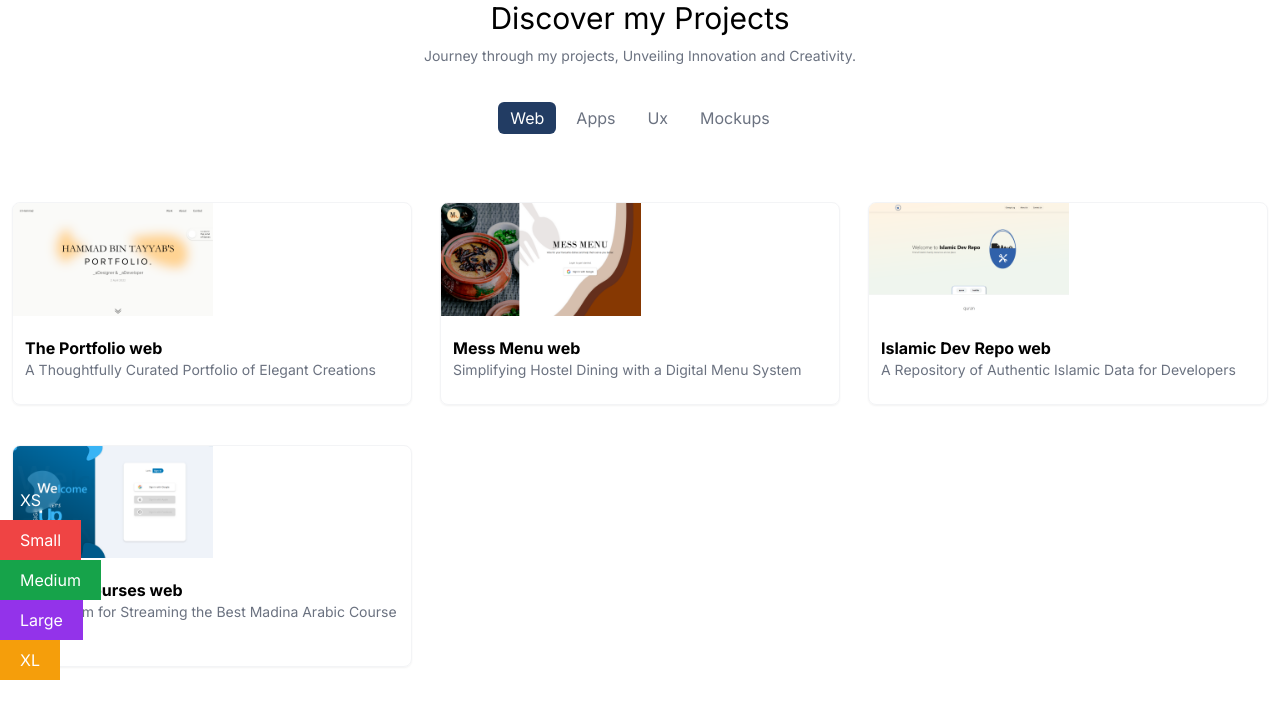
Repository: SpicierEwe/my_portfolio_v2
Page: /
The author's editor kept a copy of each file at every save. The page is drawn from the files as they stood at one save, then again after the next save.
The browser window is 1280 px wide. The pictures show the whole page.
The project was rebuilt for these pictures with package versions that can differ from the ones it lists, and the page was loaded fresh each time. The framework's server and built-in components were replaced by stand-ins that run in the browser. Also part of the build but not shown: next.config.js, core/utils/customIcons.js, core/utils/utils.tsx, core/db/sub_db_data/ux_db.js.

Above is the page before, as saved 2024-04-22 12:04:06.

### app/page.tsx
import DevicePreview from "@/Components/Device_preview/device_preview";
import HeroSection from "@/Components/Hero_section/hero_section";
import WorkSection from "@/Components/Work_section/work_section";
import Image from "next/image";

export default function Home() {
  return (
    <main>
      <div className="absolute z-30 overflow-hidden bottom-0 ">
        <DevicePreview />
      </div>
      {/* <div className="overflow-hidden">
        <HeroSection />
      </div> */}

      <WorkSection />
    </main>
  );
}

### app/globals.css
@layer base {

  @font-face {
    font-family: 'Garamond';
    src: url('../public/fonts/EBGaramond-VariableFont_wght.ttf');

  }

  @font-face {
    font-family: 'Proxima Nova';
    src: url('../public/fonts/MarkSimonsonProximaNovaRegular.otf');
    font-weight: normal;
    font-style: normal;
  }


  @font-face {
    font-family: "Rage";
    src: url("../public/fonts/rage.ttf");
  }
}

@tailwind base;
@tailwind components;
@tailwind utilities;

:root {
  --foreground-rgb: 0, 0, 0;
  --background-start-rgb: 214, 219, 220;
  --background-end-rgb: 255, 255, 255;

}

@media (prefers-color-scheme: dark) {
  :root {
    --foreground-rgb: 255, 255, 255;
    --background-start-rgb: 0, 0, 0;
    --background-end-rgb: 0, 0, 0;
  }
}

body {

  /* background: #F5F5F5; */
}

### Components/Device_preview/device_preview.tsx
"use client";

import { use, useEffect, useState } from "react";

export default function DevicePreview() {
  return (
    <main className="flex flex-col justify-end ">
      {/* xs */}
      <div className=" text-right ">
        <p className="xs:bg-brand-color w-min text-white px-5 py-2">XS</p>
      </div>
      {/* sm */}
      <div className=" text-right ">
        <p className="sm:bg-red-500 w-min text-white px-5 py-2">Small</p>
      </div>
      {/* md */}
      <div className=" text-right ">
        <p className="md:bg-green-600 w-min px-5 py-2 text-white">Medium</p>
      </div>
      {/* lg */}
      <div className=" text-right ">
        <p className="lg:bg-purple-600 w-min px-5 py-2 text-white">Large</p>
      </div>
      {/* xl */}
      <div className=" text-right ">
        <p className="xl:bg-amber-500 w-min px-5 py-2 text-white">XL</p>
      </div>
      {/* 2xl */}
      <div className=" text-right ">
        <p className="2xl:bg-cyan-600 w-min px-5 py-2 text-white">2XL</p>
      </div>
    </main>
  );
}

### Components/Work_section/work_section.tsx
"use client";

import { db } from "../../core/db/db";
import Image from "next/image";
import Link from "next/link";
import { useState } from "react";

export default function WorkSection() {
  const navItems: string[] = Object.keys(db.portfolioItems);
  const [selectedNavItemIndex, setSelectedNavItemIndex] = useState<number>(0);
  return (
    <section className="">
      {/* header */}
      <header className="flex flex-col items-center pt-7">
        <h2 className="text-center text-2xl md:text-3xl">
          Discover my Projects
        </h2>
        <p className="text-center text-sm mt-2.5 text-gray-500">
          Journey through my projects, Unveiling Innovation and Creativity.
        </p>
      </header>
      {/* nav */}
      <nav>
        <ul className="flex justify-center mt-9 gap-2 flex-wrap">
          {navItems.map((item, index) => {
            const isSelected: Boolean = selectedNavItemIndex == index;
            return (
              <li
                className={`${
                  isSelected ? "bg-brand-color" : ""
                } px-3 py-1 rounded-md cursor-pointer`}
                onClick={() => setSelectedNavItemIndex(index)}
                key={index}
              >
                <Link
                  href="#"
                  className={`${
                    isSelected ? "text-white" : "text-gray-500"
                  } capitalize`}
                >
                  {item}
                </Link>
              </li>
            );
          })}
        </ul>
      </nav>

      <main>
        {/* projects */}
        <div className="grid grid-cols-1 sm:grid-cols-2 lg:grid-cols-3 gap-7 mt-14 px-3 py-3 sm:px-14 md:px-24">
          {(db.portfolioItems as any)[navItems[selectedNavItemIndex]].map(
            (item: any, index: number) => {
              const selectedNavItemName: string =
                navItems[selectedNavItemIndex];
              const projectName: string = item["projectName"];
              const imageLink: string = item["imageLink"];
              const tagLine = item["projectTagLine"];
              return (
                <div
                  key={index}
                  className="cursor-pointer shadow-sm rounded-lg overflow-hidden mb-3 border border-gray-100 hover:bg-gray-100 hover:border-gray-300
                  transition transform duration-300 ease-in-out"
                >
                  <Image
                    className="w-72 h-auto" // Group-based scaling
                    src={imageLink}
                    alt={projectName}
                    height={200}
                    width={200}
                  />
                  <div className="ml-3 mb-6 mt-5">
                    <p className="font-bold">
                      {projectName} {selectedNavItemName}
                    </p>
                    <p className="text-gray-500 text-sm">{tagLine}</p>
                  </div>
                </div>
              );
            }
          )}
        </div>
      </main>
    </section>
  );
}

### core/db/db.js
import { websitesDb } from "./sub_db_data/websites_db";
import { appsDb } from "./sub_db_data/apps_db";
import { uxDb } from "./sub_db_data/ux_db";
import { mockupsDb } from "./sub_db_data/mockups_db";

export const db = {
  portfolioItems: {
    web: websitesDb,
    apps: appsDb,
    ux: uxDb,
    mockups: mockupsDb,
  },
};

### core/db/sub_db_data/websites_db.js
import { embedCustomLinks } from "../../utils/utils";

export const websitesDb = [
  {
    projectName: "The Portfolio",
    projectId: "e2f9658b-f9bb-4d2c-ac8c-113a56d9204f",
    projectTagLine: "A Thoughtfully Curated Portfolio of Elegant Creations",
    link: "https://hammadtayyab.vercel.app/",
    imageLink: "/images/websites/my_portfolio.png",
    info: "This portfolio project showcases a minimalist design, highlighting my work and skills with clarity and finesse. The aim was to provide a seamless user experience and intuitive navigation, creating a comprehensive and sophisticated display of my professional journey.",
    roles: [
      "Data Analyst",
      "Designer",
      "Developer",
      "Maintainer",
      "Product Manager",
      "Tester/Quality Assurance",
      "Researcher",
      "DevOps Engineer",
      "Technical Writer",
      "Project Manager",
    ],
    techStack: [
      "NextJs",
      "React",
      "TypeScript",
      "TailwindCSS",
      "HTML",
      "CSS",
      "JavaScript",
      "Git",
      "Vercel",
    ],
  },
  {
    projectId: "566ec8d6-4d5d-4f22-9580-2c574f7122fb",
    projectName: "Mess Menu",
    projectTagLine: "Simplifying Hostel Dining with a Digital Menu System",
    link: "https://messmenu.vercel.app/",
    imageLink: "/images/websites/mess_menu.png",
    info: "This project streamlines the process of hostel dining by offering a digital menu system for students. Monthly menus are curated through community voting, allowing students to have a say in their dining options. Originating from a friend's final year project, the focus was on user-centric design and functionality, ensuring a seamless experience for all users.",
    roles: [
      "Data Analyst",
      "Designer",
      "Developer",
      "Maintainer",
      "Product Manager",
      "Tester/Quality Assurance",
      "Researcher",
      "DevOps Engineer",
      "Technical Writer",
      "Project Manager",
    ],
    techStack: [
      "NextJs",
      "React",
      "HTML",
      "CSS",
      "JavaScript",
      "Git",
      "Vercel",
      "Firebase",
      "Firebase Auth",
    ],
  },
  {
    projectId: "e3a52953-0a4d-43c3-b874-bd55925f6a7e",
    projectName: "Islamic Dev Repo",
    projectTagLine: "A Repository of Authentic Islamic Data for Developers",
    link: "https://islamic-dev-repo.vercel.app/",
    imageLink: "/images/websites/islamic_dev_repo.png",
    info: "This project offers developers a curated repository of reliable Islamic data that can be seamlessly integrated into various applications. With a focus on authenticity and compatibility across multiple devices, this repository provides a trustworthy source of information for developers working on Islamic-related projects.",
    roles: [
      "Data Analyst",
      "Designer",
      "Developer",
      "Maintainer",
      "Product Manager",
      "Tester/Quality Assurance",
      "Researcher",
      "DevOps Engineer",
      "Technical Writer",
      "Project Manager",
    ],
    techStack: [
      "NextJs",
      "React",
      "HTML",
      "CSS",
      "JavaScript",
      "Git",
      "Vercel",
      "Python",
    ],
  },
  {
    projectId: "87693335-b9d6-434c-8428-5d8266482050",
    projectName: "Arabic Courses",
    projectTagLine:
      "A Platform for Streaming the Best Madina Arabic Course Online",
    link: "https://arabiccourses.vercel.app/",
    imageLink: "/images/websites/arabic_courses.png",
    info: `The goal of this project was to establish an online platform for the popular Madina Arabic course, allowing users to stream videos from the cloud and track their progress. Initially, the videos were only available for download, but this platform offers a more convenient streaming experience. You can learn more about the course at ${embedCustomLinks(
      {
        link: "https://abdurrahman.org/arabic-learning/dvds/",
        title: "AbdurRahman.Org",
      }
    )}. Arabic Courses enhances accessibility and convenience for users, making the learning process smoother and more enjoyable.`,
    roles: [
      "Data Analyst",
      "Designer",
      "Developer",
      "Maintainer",
      "Product Manager",
      "Tester/Quality Assurance",
      "Researcher",
      "DevOps Engineer",
      "Technical Writer",
      "Project Manager",
    ],
    techStack: [
      "NextJs",
      "React",
      "HTML",
      "CSS",
      "JavaScript",
      "Git",
      "Vercel",
      "Firebase",
      "Firebase Auth",
    ],
  },
];

### core/db/sub_db_data/apps_db.js
import { embedCustomLinks } from "../../utils/utils";

export const appsDb = [
  {
    projectId: "38384ae3-5586-40be-b025-c9c3ad1094ef",
    projectName: "al Qur'an",
    projectTagLine: "All about the Qur'an in one app.",

    link: "https://play.google.com/store/apps/details?id=com.spicierewe.al_quran",

    imageLink: "/images/apps/al_quran.png",

    info: `The "al Qur'an" app offers a comprehensive experience of the Qur'an for users around the world. It includes a wide range of translations in various languages, tafseer (exegesis), access to over 49 reciters and translators, and much more. All data is sourced from the reliable platform ${embedCustomLinks(
      { link: "https://quran.com", title: "quran.com" }
    )}.`,

    roles: [
      "Data Analyst",
      "Designer",
      "Developer",
      "Maintainer",
      "Product Manager",
      "Tester/Quality Assurance",
      "Researcher",
      "DevOps Engineer",
      "Technical Writer",
      "Project Manager",
    ],

    techStack: ["Flutter", "Dart", "Git", "Adobe XD"],

    platforms: ["Android"],
  },
  {
    projectId: "1eeb435f-acbd-41e8-b826-440959bb6a57",
    projectName: "Riddle Me",
    projectTagLine: "Riddle Me: Unraveling Minds, One Clue at a Time!",

    link: "https://play.google.com/store/apps/details?id=com.spicierewe.RiddleMe",

    imageLink: "/images/apps/riddle_me.png",

    info: "Riddle Me is an engaging and challenging game designed to test your intelligence and problem-solving skills. This game stimulates creative thinking and encourages you to approach problems from different perspectives.",

    roles: [
      "Data Analyst",
      "Designer",
      "Developer",
      "Maintainer",
      "Product Manager",
      "Tester/Quality Assurance",
      "Researcher",
      "DevOps Engineer",
      "Technical Writer",
      "Project Manager",
    ],

    techStack: ["Flutter", "Dart", "Git", "Adobe XD"],

    platforms: ["Android"],
  },
  {
    projectId: "2ae7005c-16e2-4fe5-b7b0-20f5f826321e",
    projectName: "Food Deals",
    projectTagLine: "Find the best food deals at your fingertips.",

    link: "https://play.google.com/store/apps/details?id=com.spicierewe.food_deals",

    imageLink: "/images/apps/food_deals.png",

    info: "Food Deals is an app that helps users discover the best offers and discounts on their favorite food delivery services. Save money and enjoy your favorite meals by comparing prices across different platforms.",

    roles: [
      "Data Analyst",
      "Designer",
      "Developer",
      "Maintainer",
      "Product Manager",
      "Tester/Quality Assurance",
      "Researcher",
      "DevOps Engineer",
      "Technical Writer",
      "Project Manager",
    ],

    techStack: ["Flutter", "Dart", "Git", "Adobe XD"],

    platforms: ["Android"],
  },
  {
    projectId: "627de94f-59b4-4f85-bcf4-df6fbf22714e",
    projectName: "Hadith Collection",
    projectTagLine: "Access authentic hadiths of the Prophet Muhammad (pbuh).",

    link: "https://play.google.com/store/apps/details?id=com.spicierewe.ahadith_collection",

    imageLink: "/images/apps/ahadith_collection.png",

    info: `The "Hadith Collection" app provides a comprehensive and authentic collection of hadiths of the Prophet Muhammad (pbuh). It includes data from various reputable sources such as ${embedCustomLinks(
      { link: "https://sunnah.com", title: "sunnah.com" }
    )} for Arabic and English, and ${embedCustomLinks({
      link: "https://github.com/pakjiddat/islam-companion-web-api",
      title: "islam-companion-web-api",
    })} for Urdu data.`,

    roles: [
      "Data Analyst",
      "Designer",
      "Developer",
      "Maintainer",
      "Product Manager",
      "Tester/Quality Assurance",
      "Researcher",
      "DevOps Engineer",
      "Technical Writer",
      "Project Manager",
    ],

    techStack: ["Flutter", "Dart", "Git", "Adobe XD"],

    platforms: ["Android"],
  },
  {
    projectId: "7468bdef-5b24-454e-ae99-dd0a558441d7",
    projectName: "Study Practice",
    projectTagLine: "Practice makes perfect.",

    link: "https://play.google.com/store/apps/details?id=com.spicierewe.study_practice",

    imageLink: "/images/apps/study_practice.png",

    info: "Study Practice is a study companion app designed to help students prepare for competitive exams such as NEET and JEE. The app offers past exam questions, mock tests, and real-time progress tracking along with official study material.",

    roles: [
      "Data Analyst",
      "Designer",
      "Developer",
      "Maintainer",
      "Product Manager",
      "Tester/Quality Assurance",
      "Researcher",
      "DevOps Engineer",
      "Technical Writer",
      "Project Manager",
    ],

    techStack: ["Flutter", "Dart", "Git", "Adobe XD"],

    platforms: ["Android"],
  },
];

### core/db/sub_db_data/mockups_db.js
export const mockupsDb = [
  {
    phone_mockup_links: [],
    other_mockup_links: [
      "/images/mockups/eat_healthy_mockup.svg",
      "/images/mockups/bot_mockup_theme_light.svg",
      "/images/mockups/bot_mockup_theme_dark.svg",
      "/images/mockups/the_perfume_lab_price_list.png",
      "/images/mockups/noraty_business_hero_section.svg",
      "/images/mockups/gr_showcase.png",
      "/images/mockups/just_moved_showcase.png",
      "/images/mockups/archer_product_design.png",
      "/images/mockups/the_connection_poster.png",
      "/images/mockups/social_flow_flyer.png",
      "/images/mockups/LVD_roll_up_banner.png",
      "/images/mockups/ATS_flyer.png",
    ],
  },
];

### tailwind.config.js
const { reverse } = require("dns");
const defaultTheme = require("tailwindcss/defaultTheme");

/** @type {import('tailwindcss').Config} */
module.exports = {
  content: [
    "./pages/**/*.{js,ts,jsx,tsx,mdx}",
    "./components/**/*.{js,ts,jsx,tsx,mdx}",
    "./app/**/*.{js,ts,jsx,tsx,mdx}",
    "./core/**/*.{js,ts,jsx,tsx,mdx}",
  ],
  theme: {
    extend: {
      screens: { xs: { max: "640px" } },

      maxWidth: {
        "120rem": "120rem",
      },

      backgroundImage: {
        "gradient-radial": "radial-gradient(var(--tw-gradient-stops))",
        "gradient-conic":
          "conic-gradient(from 180deg at 50% 50%, var(--tw-gradient-stops))",
      },

      colors: {
        "brand-color": "#223c63",
        "primary-color": "#ffffff",
        "secondary-color": "#00A699",
        "accent-color": "#779ace",
      },

      keyframes: {
        wiggle: {
          "0%, 100%": { transform: "rotate(-3deg)" },
          "50%": { transform: "rotate(3deg)" },
        },

        levitate: {
          "0%": { transform: "translateY(50px)" },
          "50%": { transform: "translateY(-30px)  scale(1.1)" },
          "100%": { transform: "translateY(50px)" },
        },
        levitate_reverse: {
          "0%": { transform: "translateY(-90px)" },
          "50%": { transform: "translateY(30px)  scale(1.1)" },
          "100%": { transform: "translateY(-90px)" },
        },
      },

      animation: {
        "spin-slow": "spin 3s linear infinite",
        wiggle: "wiggle 1s ease-in-out infinite",
        levitate: "levitate 5s ease-in-out infinite",
        levitate_reverse: "levitate_reverse 5s ease-in-out infinite reverse",
      },

      fontFamily: {
        garmond: ["Garmond", ...defaultTheme.fontFamily.serif],
        custom_sans: ["Proxima Nova", ...defaultTheme.fontFamily.sans],
      },

      height: {
        dvh: "100dvh",
      },
    },
  },

  variants: {
    backgroundColor: ["responsive", "hover", "focus", "active"],
  },

  plugins: [],
};

Loaded but not shown: app/layout.tsx (common file)

After the next save:
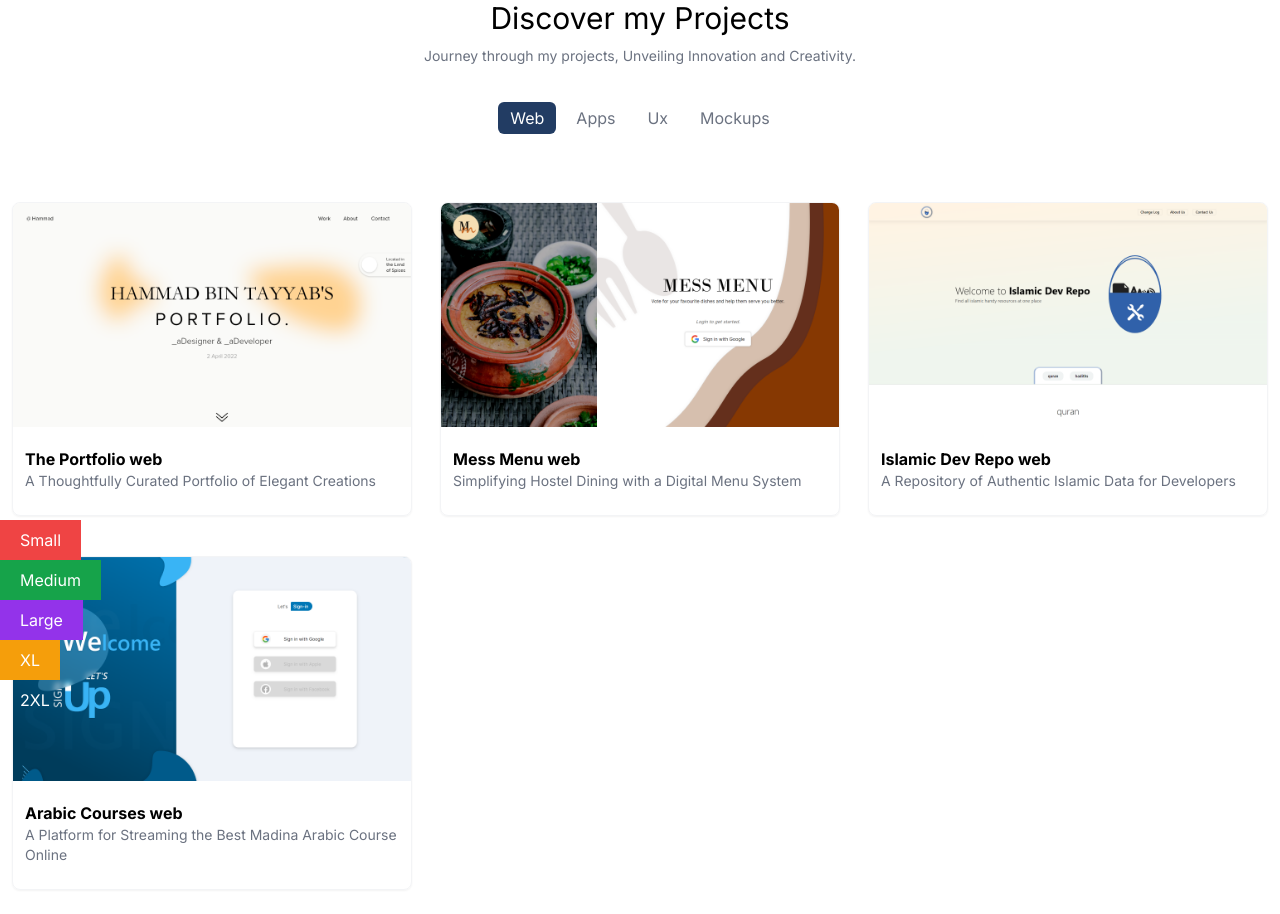
Saved 8 s later.
--- a/Components/Work_section/work_section.tsx
+++ b/Components/Work_section/work_section.tsx
@@ -63,7 +63,7 @@ export default function WorkSection() {
                   transition transform duration-300 ease-in-out"
                 >
                   <Image
-                    className="w-72 h-auto" // Group-based scaling
+                    className="w-screen h-auto" // Group-based scaling
                     src={imageLink}
                     alt={projectName}
                     height={200}
